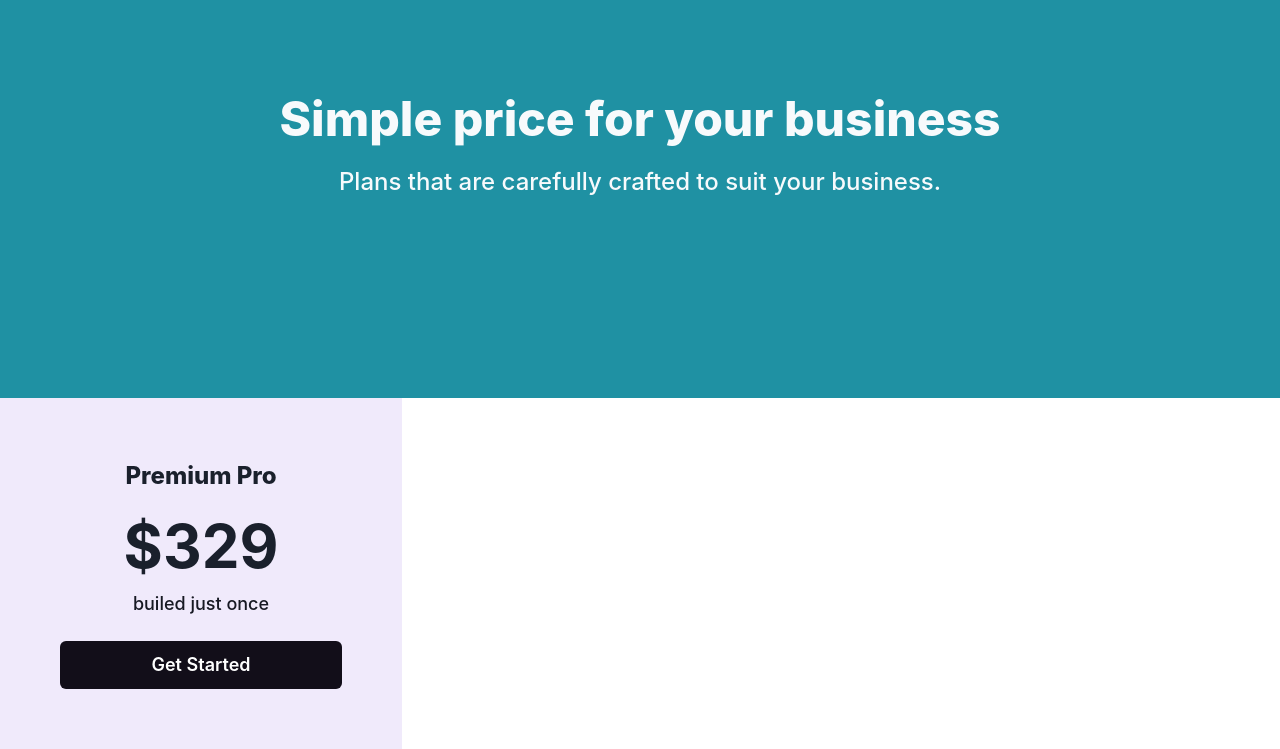
Repository: noutijo/learn-in-depth-chakra-ui
Page: /
The author's editor kept a copy of each file at every save. The page is drawn from the files as they stood at one save, then again after the next save.
The browser window is 1280 px wide. The pictures show the whole page.
The project was rebuilt for these pictures with package versions that can differ from the ones it lists, and the page was loaded fresh each time. Also part of the build but not shown: vite.config.ts.

Above is the page before, as saved 2023-01-30 15:46:51.

After the next save:
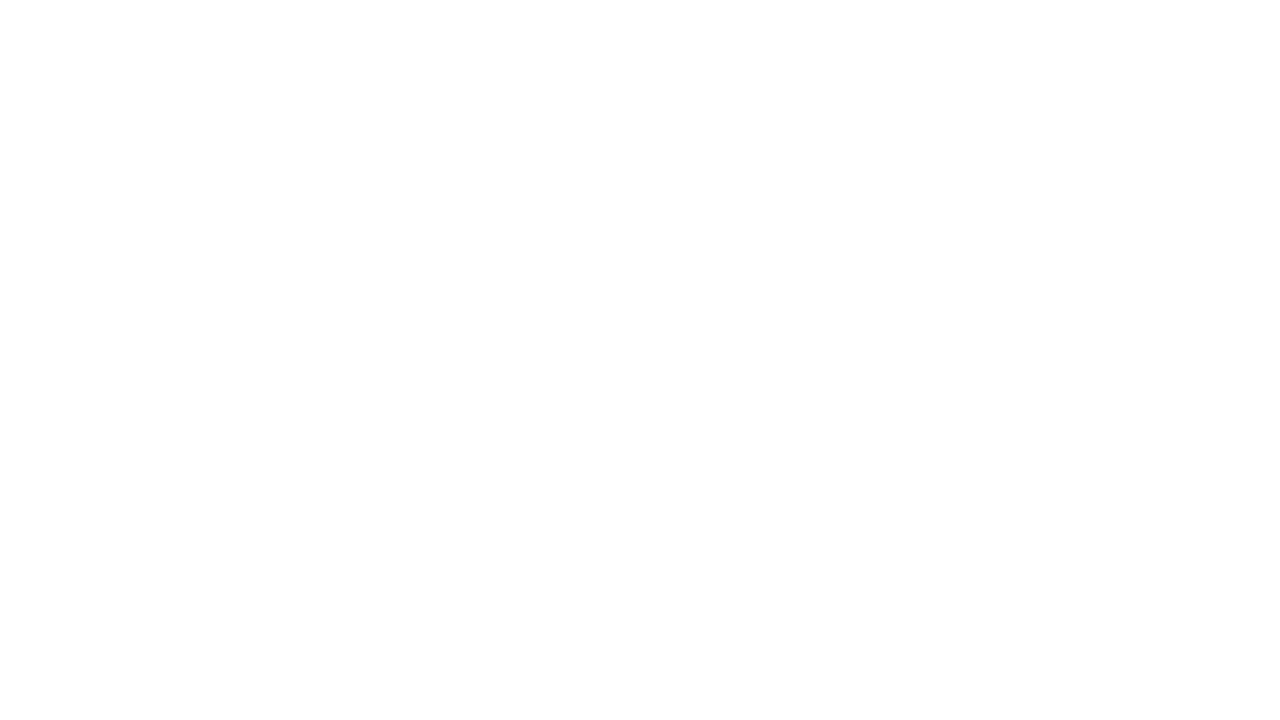
Console error: ReferenceError: back is not defined
Saved 6 s later.
--- a/src/components/Pricing.tsx
+++ b/src/components/Pricing.tsx
@@ -15,7 +15,7 @@
           <Text fontSize="18px" fontWeight="500" color="#171923" mt="8px">
             builed just once
           </Text>
-          <Button bg="#120E19" color="white" size={"lg"} w="282px" mt="24px" _hover>
+          <Button bg="#120E19" color="white" size={"lg"} w="282px" mt="24px" _hover={{back}}>
             Get Started
           </Button>
         </Box>

After the 2 saves that followed:
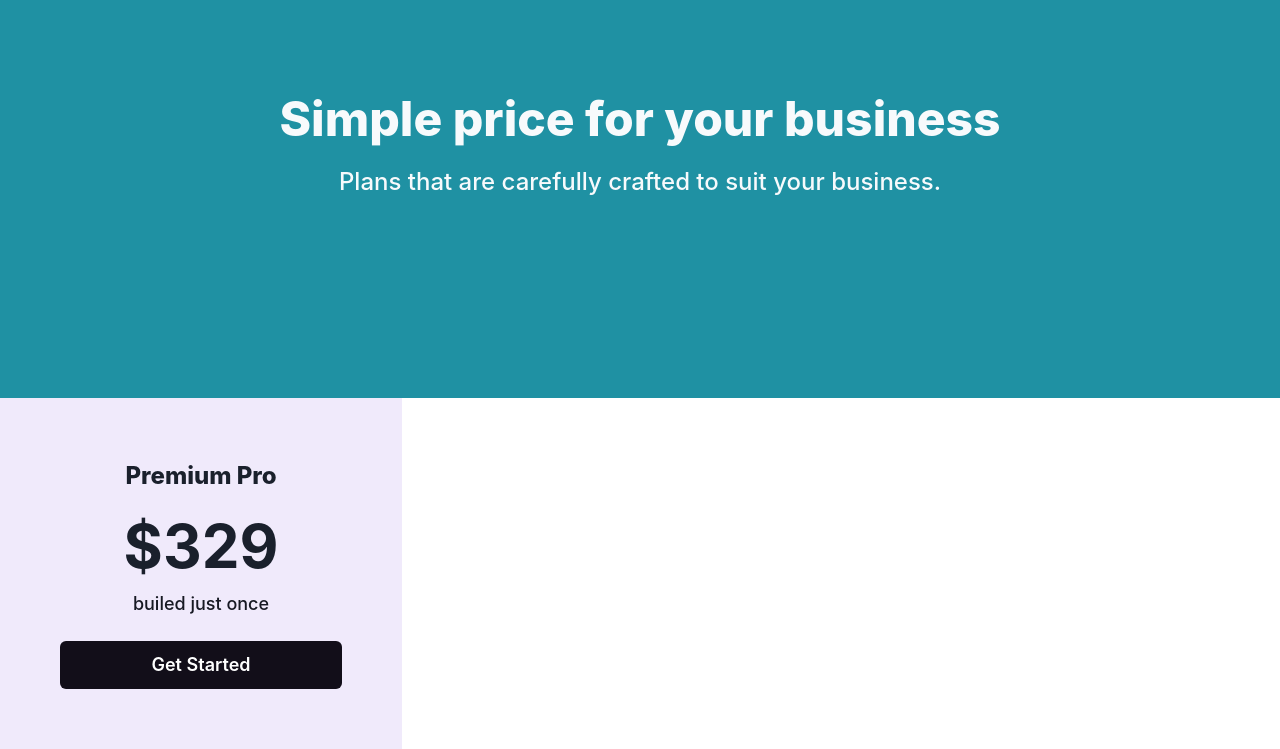
The error is gone.
The 2 saves are shown as one change because they came seconds apart.
The last was saved 7 s later.
--- a/src/components/Pricing.tsx
+++ b/src/components/Pricing.tsx
@@ -15,7 +15,7 @@
           <Text fontSize="18px" fontWeight="500" color="#171923" mt="8px">
             builed just once
           </Text>
-          <Button bg="#120E19" color="white" size={"lg"} w="282px" mt="24px" _hover={{back}}>
+          <Button bg="#120E19" color="white" size={"lg"} w="282px" mt="24px" _hover={{backgrounColor:""}}>
             Get Started
           </Button>
         </Box>
